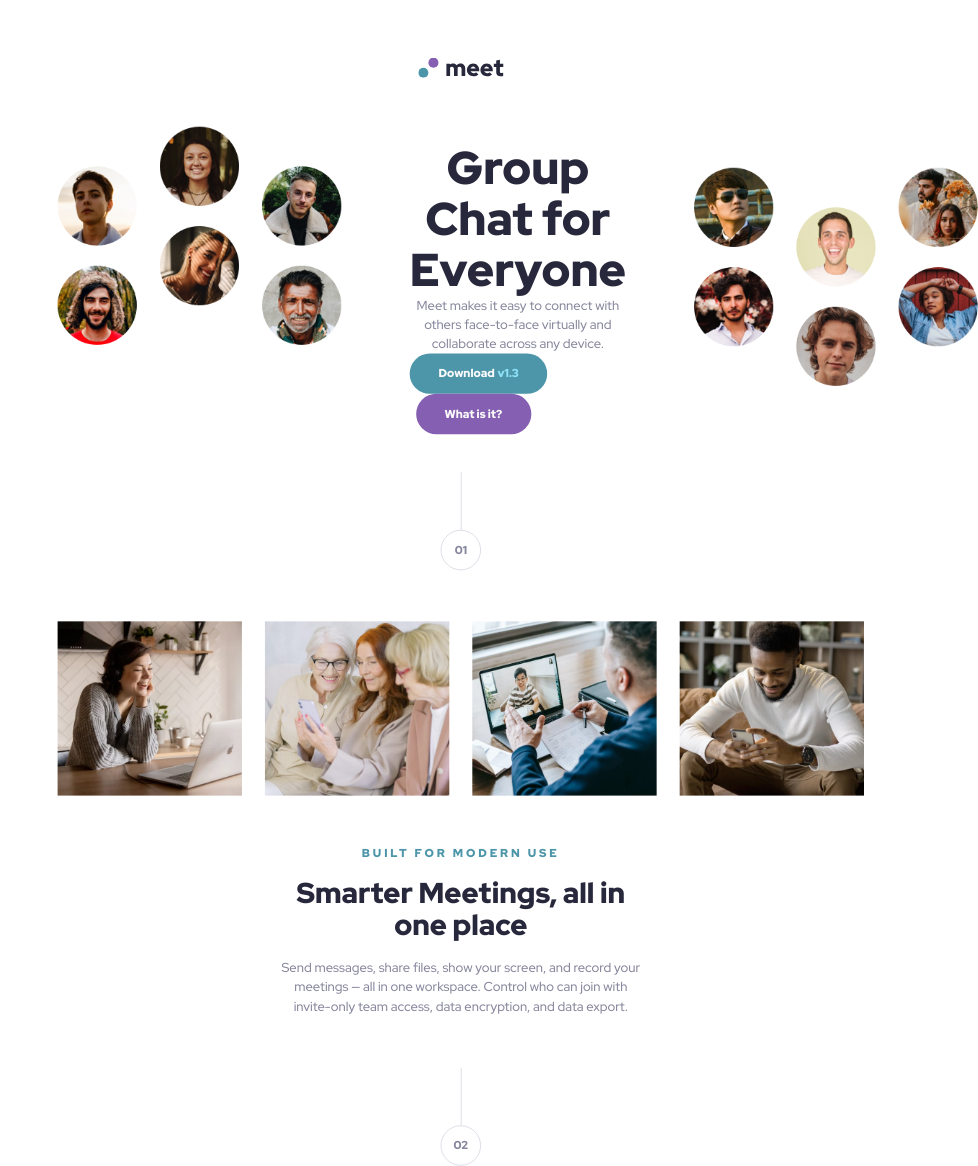
Repository: brandontaylor1/meet-landing-page
Page: index.html
These files come from the project's save history. The page is drawn as it stood at one moment and after the next save; the edit follows.
The browser window is 1280 px wide. The page is 1358 px wide, so the pictures cover 1358 px, including what lies to the right of the window. The pictures show the whole page, at 72% of full size.

Above is the page before, as saved 2025-01-11 22:17:39.

### index.html
<!DOCTYPE html>
<html lang="en">
<head>
    <meta charset="UTF-8">
    <meta name="viewport" content="width=device-width, initial-scale=1.0">
    <link rel="preconnect" href="https://fonts.googleapis.com">
    <link rel="preconnect" href="https://fonts.gstatic.com" crossorigin>
    <link href="https://fonts.googleapis.com/css2?family=Red+Hat+Display:ital,wght@0,300..900;1,300..900&display=swap" rel="stylesheet">
    <link rel="stylesheet" href="styles.css">
    <title>Meet Landing Page</title>
</head>
<body>
    <nav class="navbar">
        <div class="logo-container">
            <img src="./assets/images/logo.svg" alt="meet logo">
        </div>
    </nav>
    <section class="hero-section">
        <img src="./assets/images/image-hero-left.png" class="left-faces" alt="Left Faces">
        <div class="hero-content">
            <h1>Group Chat for Everyone</h1>
            <p>Meet makes it easy to connect with others face-to-face virtually and collaborate across any device.</p>
            <div class="btn-container">
                <button class="hero-btn" id="downloadBtn">Download<span>v1.3</span></button>
                <button class="hero-btn" id="whatisitBtn">What is it?</button>
            </div>
        </div>
        <img src="./assets/images/image-hero-right.png" class="right-faces" alt="Right Faces">
    </section>

    <section class="main-content">
        <div class="content">
            <div class="design-container">
                <div class="gray-line"></div>
                <div class="gray-circle">01</div>
            </div>
            <div class="image-container">
                <img src="./assets/images/image-woman-in-videocall.jpg" alt="woman on video call">
                <img src="./assets/images/image-women-videochatting.jpg" alt="women vidoechatting">
                <img src="./assets/images/image-men-in-meeting.jpg" alt="men in a meeting">
                <img src="./assets/images/image-man-texting.jpg" alt="man texting">
            </div>
            <div class="text-container">
                <h3>Built for Modern Use</h3>
                <h2>Smarter Meetings, all in one place</h2>
                <p>Send messages, share files, show your screen, and record your meetings — all in one workspace. Control who can join with invite-only team access, data encryption, and data export.</p>
            </div>
        </div>
    </section>
    <section class="footer">
        <div class="design-container">
            <div class="gray-line"></div>
            <div class="gray-circle">02</div>
        </div>

    </section>

</body>
</html>

### styles.css
* {
    margin: 0;
    padding: 0;
    box-sizing: border-box
}

:root {
    --color-white: #FAFAFA;
    --color-slate: #87879D;
    --color-lightslate: #D1D1DF;
    --color-darkslate: #28283D;
    --color-cyan: #4D96A9;
    --color-purple: #855FB1;
    --color-lightcyan: #8FE3F9;
    --color-lightpurple: #D9B8FF;

    font-size: 16px;

}

.navbar {
    display: flex;
    padding: 80px 80px 0px 80px;
    flex-direction: column;
    justify-content: flex-end;
    align-items: center;
    gap: var(--spacing-100, 8px);
    align-self: stretch;

}

.hero-section {
    display: flex;
    justify-content: space-between;
    align-items: center;
    padding: 4rem 5rem;
    height: 488px;
}

.left-faces {
    padding-right: 95px;
    padding-bottom: 57px;
}

.right-faces {
    padding-left: 95px;
    padding-top: 57px;
}

.hero-content {
    display: flex;
    flex-direction: column;
    align-items: center;
    justify-content: space-between;
    width: 448px;
    height: 314px;

}

.hero-content h1 {
    font-family: "Red Hat Display", sans-serif;
    font-size: 4rem;
    font-weight: 900;
    line-height: 110%;
    color: var(--color-darkslate);
    text-align: center;
}

.hero-content p {
    font-family: "Red Hat Display", sans-serif;
    font-size: 18px;
    font-weight: 500;
    line-height: 150%;
    color: var(--color-slate);
    text-align: center;

}

.hero-btn {
    padding: 16px 40px;
    border-radius: 29px;
    border: none;

}

#downloadBtn {
    background-color: var(--color-cyan);
    color: var(--color-white);
    font-size: 16px;
    font-family: "Red Hat Display", sans-serif;
    font-weight: 900;
    line-height: 150%;
    margin-right: 8.5px;
}

#downloadBtn span {
    margin-left: 4px;
    color: var(--color-lightcyan);

}

#whatisitBtn {
    background-color: var(--color-purple);
    color: var(--color-white);
    font-size: 16px;
    font-family: "Red Hat Display", sans-serif;
    font-weight: 900;
    line-height: 150%;
    margin-left: 8.5px;
}

.main-content {
    display: flex;
    flex-direction: column;
    align-items: center;
    justify-content: center;
    height: 883px;
    padding: 56px 80px 72px 80px;
}

.content {
    display: flex;
    flex-direction: column;
    align-items: center;
    justify-content: space-between;
    height: 755px;
}

.design-container {
    display: flex;
    justify-content: center;
    align-items: center;
    flex-direction: column;

}

.gray-line {
    width: 1px;
    height: 80px;
    background-color:  var(--color-lightslate);
}

.gray-circle {
    width: 56px;
    height: 56px;
    display: flex;
    align-items: center;
    justify-content: center;
    border-radius: 50%;
    border: 1px solid var(--color-lightslate);
    color: var(--color-slate);
    font-size: 16px;
    font-family: "Red Hat Display", sans-serif;
    font-weight: 900;
    line-height: 150%;
}

.image-container {
    display: grid;
    grid-template-columns: repeat(4, 1fr);
    gap: 32px;
}

.image-container img {
    width: 256px;
    height: auto;
}

.text-container {
    width: 500px;
    height: 235px;
    display: flex;
    flex-direction: column;
    align-items: center;
    justify-content: space-between;
}

.text-container h3 {
    font-family: "Red Hat Display", sans-serif;
    font-size: 16px;
    font-weight: 900;
    line-height: 110%;
    text-transform: uppercase;
    letter-spacing: 4px;
    color: var(--color-cyan);
}

.text-container h2 {
    font-family: "Red Hat Display", sans-serif;
    font-size: 40px;
    font-style: normal;
    font-weight: 900;
    line-height: 110%;
    text-align: center;
    color: var(--color-darkslate);
}

.text-container p {
    font-family: "Red Hat Display", sans-serif;
    font-size: 18px;
    font-style: normal;
    font-weight: 500;
    line-height: 150%;
    text-align: center;
    color: var(--color-slate)
}


.footer {
    height: 90px;
}

After the next save:
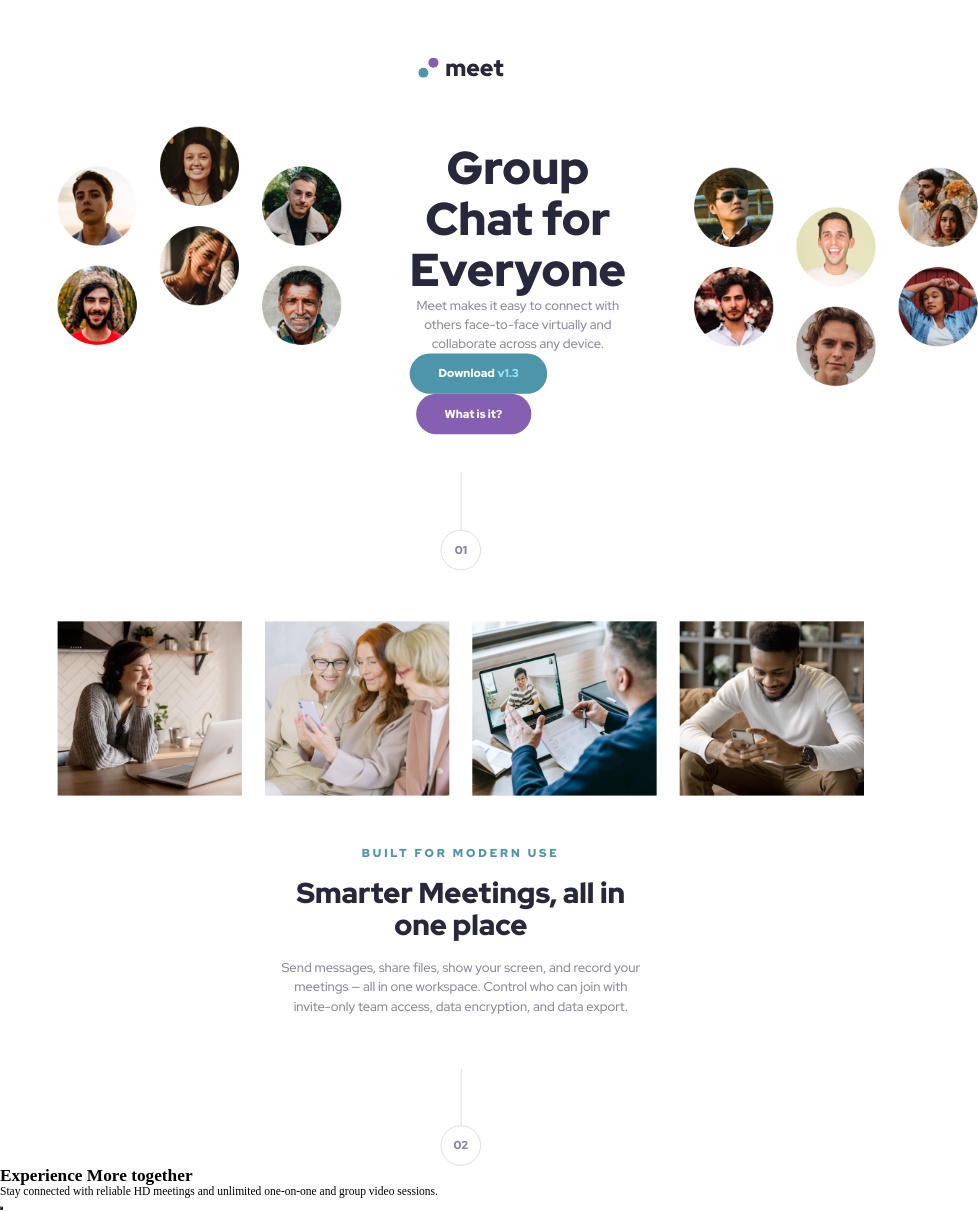
Saved 2 min 54 s later.
--- a/index.html
+++ b/index.html
@@ -52,7 +52,11 @@
             <div class="gray-line"></div>
             <div class="gray-circle">02</div>
         </div>
-
+        <div class="footer-grid">
+            <h2>Experience More together</h2>
+            <p>Stay connected with reliable HD meetings and unlimited one-on-one and group video sessions.</p>
+            <button class="hero-Btn" id="downloadBtn"></button>
+        </div>
     </section>
 
 </body>
